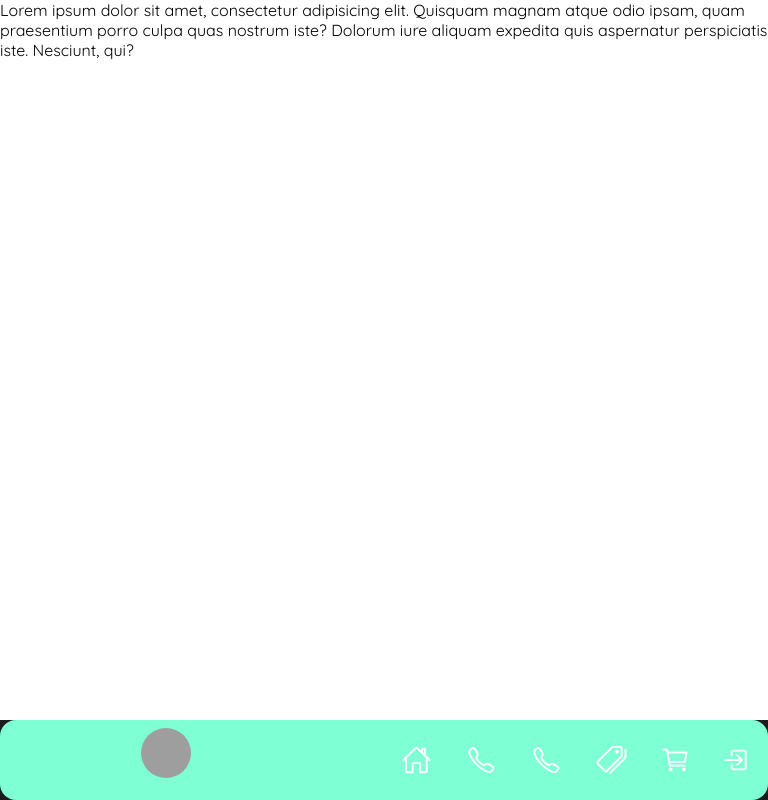
Repository: Fuocmanh/demo
Page: site/nav.html
An editor plug-in stored every save of this project. The page is shown before and after the next save, followed by the edit.
The browser window is 768 px wide. The pictures show the whole page.
Pictures or frames that could not be fetched are drawn as grey boxes.

Above is the page before, as saved 2022-12-30 13:25:40.

After the next save:
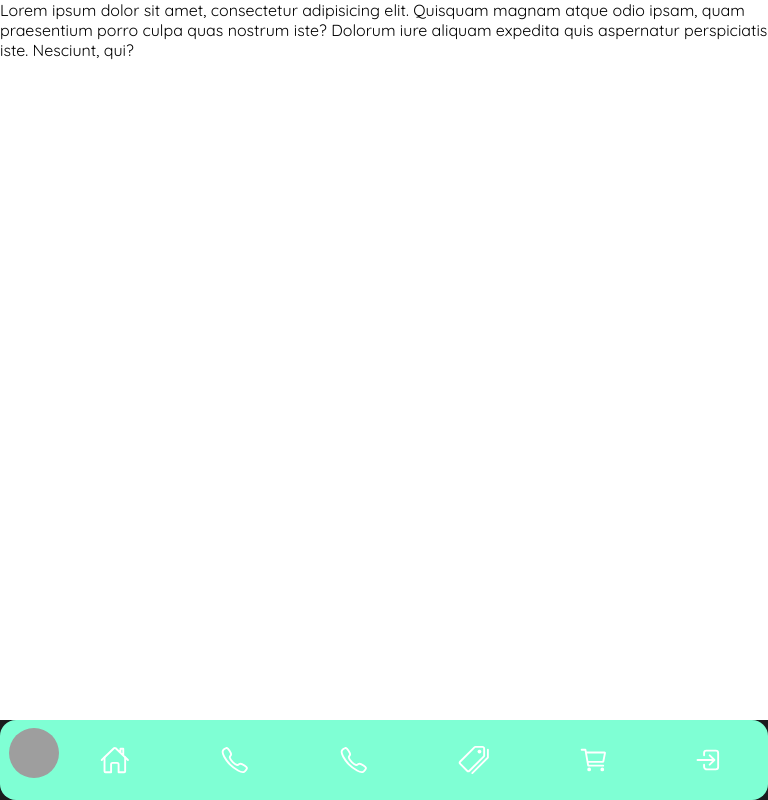
Saved 4 s later.
--- a/css/style.css
+++ b/css/style.css
@@ -143,6 +143,6 @@ li {
         margin: 0;
     }
  .logo{
-    ma
+    width: max-content;
  }
 }
